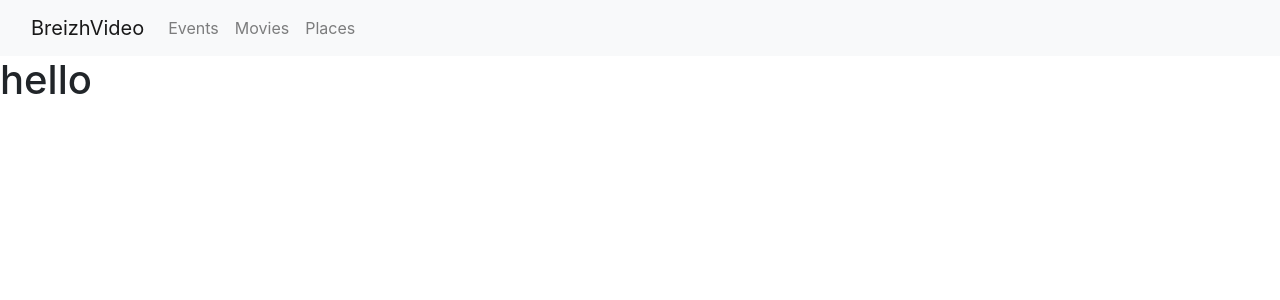
Repository: romgrm/Hackaton_BreizhVideo_FRONT
Page: /Events
These files come from the project's save history. The page is drawn as it stood at one moment and after the next save; the edit follows.
The browser window is 1280 px wide. The pictures show the whole page.
The page's requests for data from a server got no answer. Some web libraries are served in a nearby version. The project was rebuilt for these pictures with package versions that can differ from the ones it lists, and the page was loaded fresh each time. No one was signed in, and anything a server would have sent is missing. Also part of the build but not shown: src/Components/Films.js, src/Components/Village.js.

Above is the page before, as saved 2020-12-21 19:29:25.

After the next save:
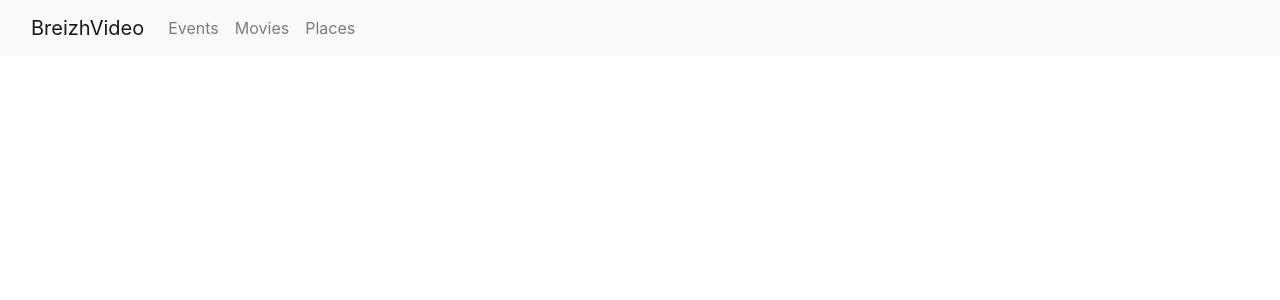
Saved 25 s later.
--- a/src/Components/Events.js
+++ b/src/Components/Events.js
@@ -19,7 +19,7 @@ export default function Events() {
 
     return (
         <div>
-            <h1>hello</h1>
+            {}
         </div>
     )
 }
